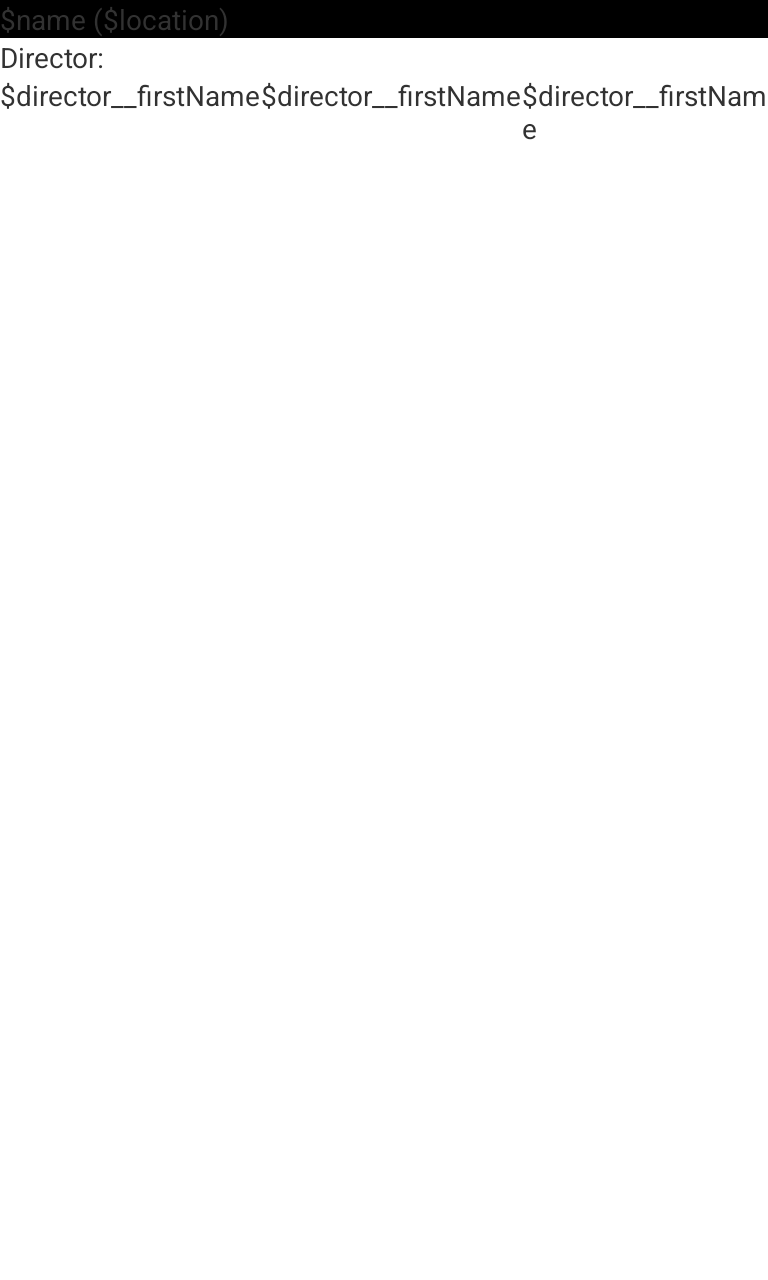
Repository: egslava/android-net-list-utils
Layout: NetUtilsSamples/res/layout/university.xml
An editor plug-in stored every save of this project. The layout is shown before and after the next save, followed by the edit.
It is drawn on a 768 x 1280 px phone screen (xhdpi) without system bars, with theme AppTheme; the app's code is not run. Lists and similar views that code fills are empty.

Above is the layout before, as saved 2013-10-15 08:10:54.

### NetUtilsSamples/res/layout/university.xml
<?xml version="1.0" encoding="utf-8"?>
<LinearLayout xmlns:android="http://schemas.android.com/apk/res/android"
    xmlns:tools="http://schemas.android.com/tools"
    android:layout_width="match_parent"
    android:layout_height="match_parent"
    android:orientation="vertical" >

    <LinearLayout
        android:layout_width="match_parent"
        android:layout_height="wrap_content"
        android:background="@android:color/background_dark" >

        <TextView
            android:id="@+id/$name"
            android:layout_width="wrap_content"
            android:layout_height="wrap_content"
            android:text="$name" />

        <TextView
            android:id="@+id/textView1"
            android:layout_width="wrap_content"
            android:layout_height="wrap_content"
            android:text=" (" />

        <TextView
            android:id="@+id/$location"
            android:layout_width="wrap_content"
            android:layout_height="wrap_content"
            android:text="$location" />

        <TextView
            android:id="@+id/textView2"
            android:layout_width="wrap_content"
            android:layout_height="wrap_content"
            android:text=")" />
    </LinearLayout>

    <LinearLayout
        android:layout_width="match_parent"
        android:layout_height="wrap_content"
        android:orientation="vertical" >

        <TextView
            android:id="@+id/textView3"
            android:layout_width="wrap_content"
            android:layout_height="wrap_content"
            android:text="Director: " />

        <LinearLayout
            android:layout_width="match_parent"
            android:layout_height="wrap_content"
            android:orientation="horizontal" >

            <TextView
                android:id="@+id/$director__firstName"
                android:layout_width="wrap_content"
                android:layout_height="wrap_content"
                android:text="$director__firstName" />

            <TextView
                android:id="@+id/$director__lastName"
                android:layout_width="wrap_content"
                android:layout_height="wrap_content"
                android:text="$director__firstName" />

            <TextView
                android:id="@+id/$director__middleName"
                android:layout_width="wrap_content"
                android:layout_height="wrap_content"
                android:text="$director__firstName" />

            <TextView
                android:id="@+id/$director__birthday"
                android:layout_width="wrap_content"
                android:layout_height="wrap_content"
                android:text="$director__firstName" />
        </LinearLayout>
    </LinearLayout>

    <ListView
        android:id="@+id/listView1"
        android:layout_width="match_parent"
        android:layout_height="wrap_content"
        tools:listitem="@layout/person" >
    </ListView>

</LinearLayout>

### NetUtilsSamples/res/layout/person.xml
<?xml version="1.0" encoding="utf-8"?>
<LinearLayout xmlns:android="http://schemas.android.com/apk/res/android"
    android:layout_width="match_parent"
    android:layout_height="match_parent"
    android:orientation="vertical" >

    <TextView
        android:id="@+id/$firstName"
        android:layout_width="wrap_content"
        android:layout_height="wrap_content"
        android:text="$firstName" />

    <TextView
        android:id="@+id/$lastName"
        android:layout_width="wrap_content"
        android:layout_height="wrap_content"
        android:text="$lastName"
        android:layout_marginLeft="@dimen/activity_horizontal_margin"/>

    <TextView
        android:id="@+id/$middleName"
        android:layout_width="wrap_content"
        android:layout_height="wrap_content"
        android:text="$middleName"
        android:layout_marginLeft="@dimen/activity_horizontal_margin" />

    <TextView
        android:id="@+id/$birthday"
        android:layout_width="wrap_content"
        android:layout_height="wrap_content"
        android:text="$birthday"
        android:layout_marginLeft="@dimen/activity_horizontal_margin"
        android:tag="(dd.MM.yyyy)" />

    <LinearLayout
        android:layout_width="match_parent"
        android:layout_height="wrap_content" >

        <Button
            android:id="@+id/minus"
            android:layout_width="wrap_content"
            android:layout_height="wrap_content"
            android:text="-1" />

        <TextView
            android:id="@+id/count"
            android:layout_width="wrap_content"
            android:layout_height="wrap_content"
            android:text="0" />

        <Button
            android:id="@+id/plus"
            android:layout_width="wrap_content"
            android:layout_height="wrap_content"
            android:text="+1" />

    </LinearLayout>

</LinearLayout>

Loaded but not shown: NetUtilsSamples/res/values/styles.xml (common file); NetUtilsSamples/res/values-v11/styles.xml (common file); NetUtilsSamples/res/values-v14/styles.xml (common file); NetUtilsSamples/res/values/dimens.xml (common file)

After the next save:
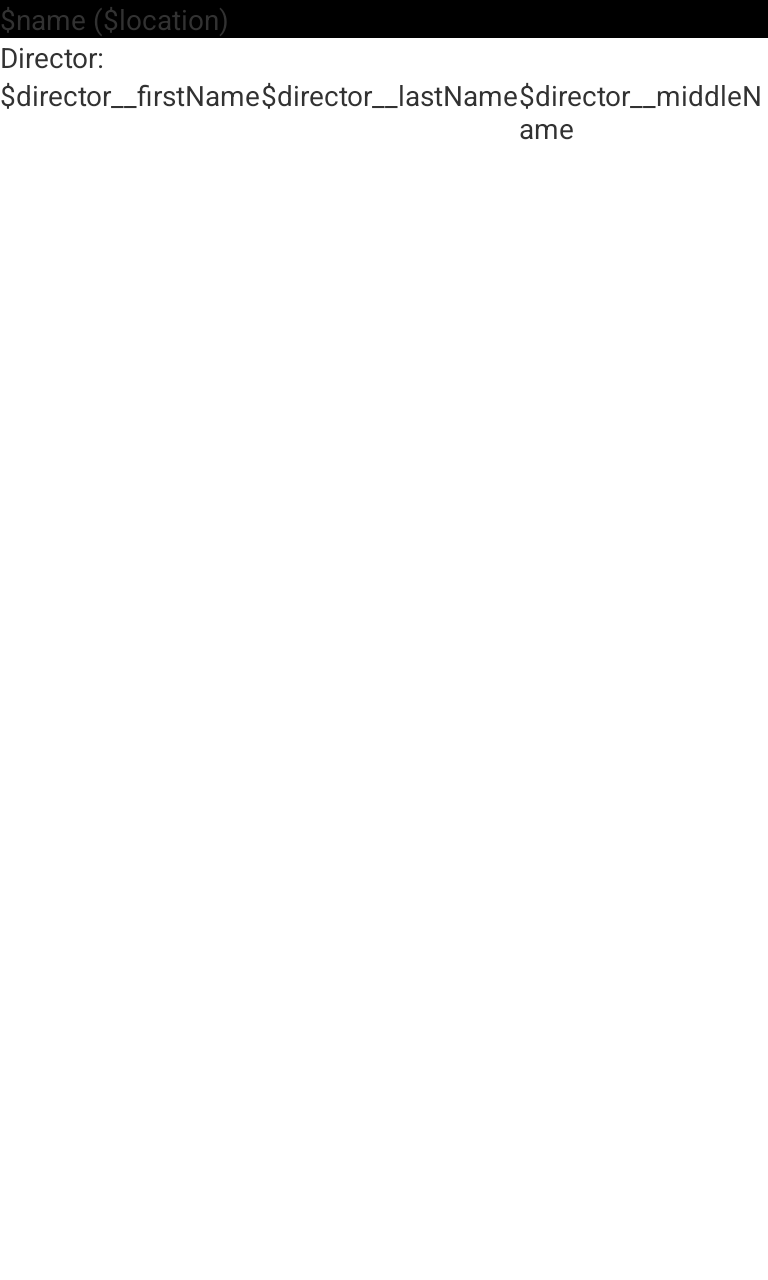
Saved 85 s later.
--- a/NetUtilsSamples/res/layout/university.xml
+++ b/NetUtilsSamples/res/layout/university.xml
@@ -61,19 +61,20 @@
                 android:id="@+id/$director__lastName"
                 android:layout_width="wrap_content"
                 android:layout_height="wrap_content"
-                android:text="$director__firstName" />
+                android:text="$director__lastName" />
 
             <TextView
                 android:id="@+id/$director__middleName"
                 android:layout_width="wrap_content"
                 android:layout_height="wrap_content"
-                android:text="$director__firstName" />
+                android:text="$director__middleName" />
 
             <TextView
                 android:id="@+id/$director__birthday"
                 android:layout_width="wrap_content"
                 android:layout_height="wrap_content"
-                android:text="$director__firstName" />
+                android:text="$director__birthday"
+                android:tag="(dd.MM.yyyy)" />
         </LinearLayout>
     </LinearLayout>
 
